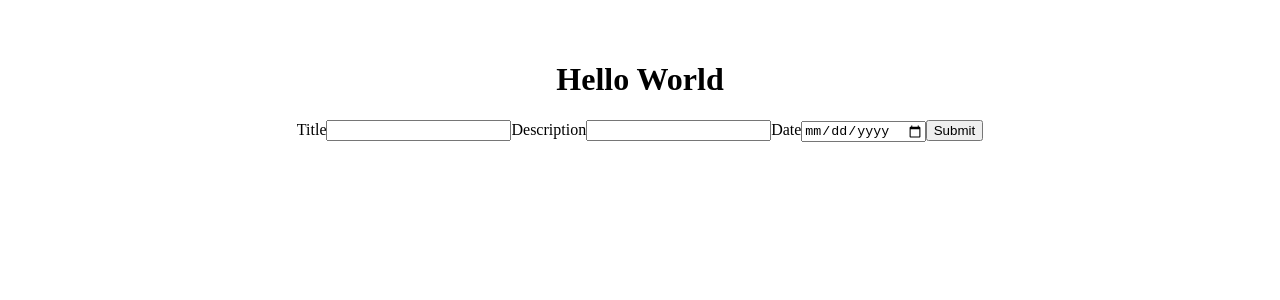
Repository: VishwaGoswami1407/todo-react-frontend
Page: /
An editor plug-in stored every save of this project. The page is shown before and after a run of saves, followed by the edit.
The browser window is 1280 px wide. The pictures show the whole page.
The project was rebuilt for these pictures with package versions that can differ from the ones it lists, and the page was loaded fresh each time. Also part of the build but not shown: vite.config.js.

Above is the page before, as saved 2024-10-27 22:56:31.

After the next 6 saves:
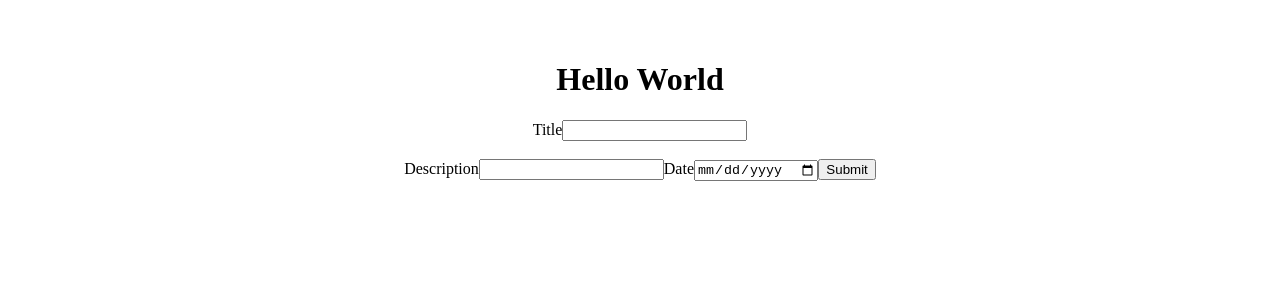
The 6 saves are shown as one change because 1 did not build or start and some came seconds apart.
The last was saved 30 s later.
--- a/src/App.jsx
+++ b/src/App.jsx
@@ -7,6 +7,8 @@ function App() {
      <h1>Hello World</h1>
      <label>Title</label>
      <input type="text" name="title" />
+     <br />
+     <br />
      <label>Description</label>
      <input type="text" name="description" />
      <label>Date</label>
